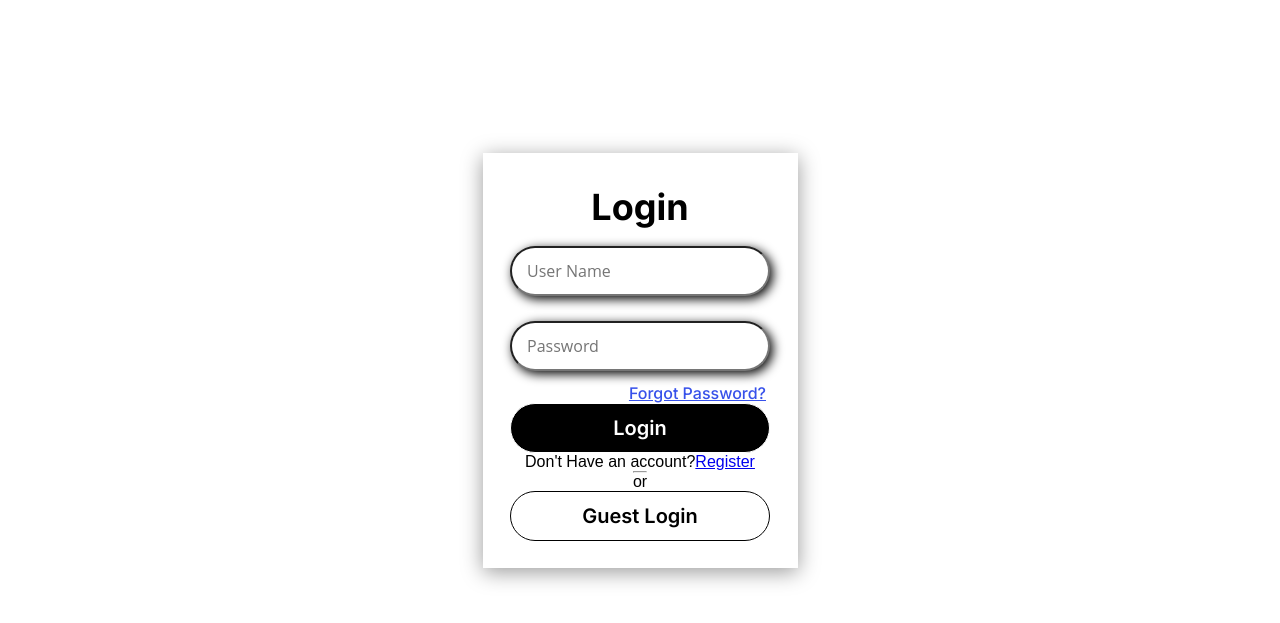
Repository: Cherced/virtualassistant
Page: /Login
These files come from the project's save history. The page is drawn as it stood at one moment and after the next save; the edit follows.
The browser window is 1280 px wide. The pictures show the whole page.
The project was rebuilt for these pictures with package versions that can differ from the ones it lists, and the page was loaded fresh each time. The framework's server and built-in components were replaced by stand-ins that run in the browser.

Above is the page before, as saved 2022-07-15 14:28:28.

### pages/_app.js
import '../sass/global.scss';


const MyApp = ({ Component, pageProps }) => {
    return <Component {...pageProps} />
  }


export default MyApp

### pages/_document.js
import { Html, Head, Main, NextScript } from 'next/document'

export default function Document() {

  return (
    <Html lang="en">
      <Head />
      <body>
        <Main />
        <div id="portal"></div>
        <NextScript />
      </body>
    </Html>
  )
}

### pages/Login.jsx
import React from 'react'
import { LoginForm } from '../components/molecules/login/LoginForm'

const Login = () => {
  return (
    <div className="login">
        <LoginForm/>
    </div>
  )
}

export default Login

### sass/global.scss
@import './vars';
@import './components';
@import './pages/draft';
@import './pages/welcome';
@import './pages/welcomeS';
@import './pages/login';

### components/molecules/login/LoginForm.jsx
import React from 'react'
import Link from 'next/link'
import { BasicInput } from '../../atoms/inputs/BasicInput'
import { BasicButton } from '../../atoms/buttons/BasicButton'

export const LoginForm = () => {
    const sendUserAuth = () => {
        console.log("SEEEENDEED")
    }
  return (
    <form className="loginForm" onSubmit={()=> sendUserAuth()}>
        <h1 className="loginForm__title--h1">Login</h1>
        <div className="loginForm__inputs--container">
        <BasicInput type="text" placeholder="User Name" id="user" name="user" />
        <BasicInput type="password" placeholder="Password" id="passWord" name="passWord" />
        </div>
        <Link href="#">
        <a className="loginForm__ancord">Forgot Password?</a>
        </Link>
        <BasicButton color="black" type="submit" title="Login"/>
        <label>Don't Have an account?
        <Link href="#">
          <a>Register</a>
        </Link>
          </label>
        <div>
          <hr/>
          <label>or</label>
        </div>
        <BasicButton color="white" type="submit" title="Guest Login"/>
    </form>
  )
}

### sass/_vars.scss
@import url('https://fonts.googleapis.com/css2?family=Inter:wght@100;200;300;500;600;700;800;900&family=Roboto:ital,wght@0,100;0,300;0,400;0,500;0,700;0,900;1,100;1,300;1,400;1,500;1,700;1,900&display=swap');
@import url('https://fonts.googleapis.com/css2?family=Roboto:ital,wght@0,100;0,300;0,400;0,500;0,700;0,900;1,100;1,300;1,400;1,500;1,700;1,900&family=Ubuntu:ital,wght@0,300;0,400;0,500;0,700;1,300;1,400;1,500;1,700&display=swap');

$mainColor: black;
$mainTextColor: white;
$mainFont: 'Inter';
$subTitle: 'Roboto';


*{
    box-sizing: border-box;
    margin: 0;
    padding: 0;
    font-family: Arial, Helvetica, sans-serif;
}

### sass/_components.scss
@import './components/headers/welcomeHeader';
@import './components/carrousels/carrousel';
@import './components/buttons/nextButton';
@import './components/buttons/basicButton';
@import './components/inputs/basicInput';

### sass/components/headers/_welcomeHeader.scss
.brand {
  width: 100%;
  min-height: 500px;
  display: flex;
  background: black;
  border-radius: 0 0 100px 100px;
  box-shadow: 6px 6px 20px 3px rgba(0, 0, 0, 0.2);
  justify-content: center;
  align-items: center;

  .brand__elipse--container {
    display: none;
  }

  .brand__img {
    z-index: 2;
    object-fit: cover;
  }
}

@media screen and (min-width: 1024px) {
  .brand {
    background-repeat: no-repeat;
    background-position: center;
    background-position-y: -200px;
    border-radius: none;
    background-image: url('../../../public/img/Ellipse.png');
    background: linear-gradient(180deg, #000000, #ffffff, #7d7777, #ececec, #7b7b7b, #000000, #545454, #e1e1e1, #e1e1e1);
    background-size: 1800% 1800%;

    -webkit-animation: AnimationName 27s ease infinite;
    -moz-animation: AnimationName 27s ease infinite;
    animation: AnimationName 27s ease infinite;


  .brand__elipse--container {
    display: block;
    position: absolute;
    top: -193px;
    z-index: 1;
  }
  }


@-webkit-keyframes AnimationName {
  0%{background-position:0% 68%}
  50%{background-position:100% 33%}
  100%{background-position:0% 68%}
}
@-moz-keyframes AnimationName {
  0%{background-position:0% 68%}
  50%{background-position:100% 33%}
  100%{background-position:0% 68%}
}
@keyframes AnimationName {
  0%{background-position:0% 68%}
  50%{background-position:100% 33%}
  100%{background-position:0% 68%}
}

}

### sass/components/carrousels/_carrousel.scss
.carrousel {
    max-width: 500px;
    height: auto;
    min-width: 300px;
    overflow: hidden;

    .slider {
        position: relative;
        display: flex;
        width: 200%;
        height: 100%;
    }

    .carrousel__list {
        list-style: none;
        display: flex;
        flex-direction: column;
        width: 100%;

        .carrousel__list--item {
            width: 100%;
            display: flex;
            flex-direction: row;
            align-items: center;
            justify-content: center;

            .carrousel__item--title {
                font-family: $subTitle;
                font-style: normal;
                font-weight: 500;
                font-size: 20px;
                line-height: 24px;
                text-align: center;
                letter-spacing: 0.04em;
                margin-bottom: 30px;
            }

            .carrousel__item--parragraph {
                font-style: normal;
                font-weight: 400;
                font-size: 15px;
                line-height: 18px;
                text-align: center;
                letter-spacing: 0.04em;
                font-family: $mainFont;
                color: #0F184D;
                padding: 0 30px;
                text-align: center;
            }
        }
    }
}

### sass/components/buttons/_nextButton.scss
.button__next {
    display: flex;
    width: auto;
    min-width: 100px;
    height: 50px;
    justify-content: space-around;
    align-items: center;
    background: black;
    color: white;
    border-radius: 100px;
    padding: 0 0 0 30px;
    box-shadow: 5px 5px 10px 0px black;
    cursor: pointer;
    font-family: $mainFont;
    font-size: 16px;


    .button__next--Arrow {
        width: 50px;
        height: 50px;
        display: flex;
        align-items: center;
        justify-content: center;
        background: $mainTextColor;
        border-radius: 100px;
        margin-left: 10px;

        .next__arrow--h1 {
            padding: 10px;
            color: $mainColor;
            font-family: $mainFont;
        }
    }

}

### sass/components/buttons/_basicButton.scss
.basic__button {
    width: 260px;
    height: 50px;
    border-radius: 30px;
}

.black {
    background: black;
    border: 1px solid white;
    font-family: $mainFont;
    font-style: normal;
    font-weight: 600;
    font-size: 20px;
    line-height: 30px;
    text-align: center;
    color: #FFFFFF;
}

.white{
    background: white;
    border: 1px solid black;
    font-family: $mainFont;
    font-style: normal;
    font-weight: 600;
    font-size: 20px;
    line-height: 30px;
    text-align: center;
    color: black;
}

### sass/components/inputs/_basicInput.scss
.basicInput {
    width: 260px;
    height: 50px;
    border-radius: 30px;
    padding-left: 15px;
    box-shadow: 3px 3px 11px 0px black;
    // letter style:
    font-family: 'Open Sans';
    font-style: normal;
    font-weight: 400;
    font-size: 16px;
    line-height: 22px;
    text-align: start;
    color: #848484;

}

### sass/pages/_draft.scss

.Draft{
    display: flex;
    align-self: center;
    width: 100%;
    justify-content: center;
    height: 100vh;
    flex-direction: column;
    align-items: center;
}

### sass/pages/_welcome.scss
.welcome {
    width: 100%;
    height: 100vh;
    display: flex;
    flex-direction: column;
    align-items: center;
    box-shadow: 7px 8px 20px 7px black;
    justify-items: center;
    justify-content: space-between;

    .main__Content--welcome {
        width: 100%;
        height: 100%;
        display: flex;
        justify-content: center;
        flex-direction: column;
        align-items: center;

        .main__Content--title {
            font-family: $mainFont;
            font-style: normal;
            font-weight: 600;
            font-size: 30px;
            line-height: 18px;
            text-align: center;
            letter-spacing: 0.04em;

            color: #0F184D;
            margin: 30px 0;
        }
    }

    .NavButtons {
        display: flex;
        width: 100%;
        align-items: center;
        justify-content: space-between;
        padding: 0 30px;
        margin: 20px 0;

        .NavButtons__ancord {
            text-decoration: none;
            font-style: normal;
            font-weight: 400;
            font-size: 15px;
            line-height: 18px;
            letter-spacing: 0.04em;
            font-family: $mainFont;
            color: #000000;
        }
    }
}

### sass/pages/_welcomeS.scss
.welcomeS {
    height: 100vh;
    background: linear-gradient(333.49deg, #000000 55.66%, rgba(217, 217, 217, 0) 92.17%);
    display: flex;
    flex-direction: column;
    align-items: center;
    justify-content: space-around;

    .welcomeS__header {
        width: 100%;
        height: 50%;
        display: flex;
        align-items: center;
        justify-content: center;

        .welcomeS__header--img {
            width: 350px;
            height: 450px;
            object-fit: cover;
            border-radius: 100px 0 100px 0;
        }
    }

    .welcomeS__main {
        width: 90%;
        color: white;
        display: flex;
        align-items: center;
        justify-content: center;

        .welcomeS__main--title {
            text-align: center;
            font-family: $mainFont;
            font-style: normal;
            font-weight: 400;
            font-size: 24px;
            line-height: 29px;
            letter-spacing: 0.07em;
        }
    }
}

### sass/pages/_login.scss
.login {
    width: 100%;
    height: 100vh;
    display: flex;
    align-items: center;
    justify-content: center;

    .loginForm {
        background: rgba(255, 255, 255, 0.77);
        box-shadow: 0px 4px 20px rgba(0, 0, 0, 0.4);
        width: 315px;
        height: 415px;
        display: flex;
        flex-direction: column;
        align-items: center;
        justify-content: center;

        .loginForm__title--h1 {
            font-style: normal;
            font-weight: 700;
            font-size: 36px;
            line-height: 54px;
            font-family: $mainFont;
            text-align: center;
            color: #000000;
        }

        .loginForm__inputs--container {
            display: flex;
            flex-direction: column;
            align-items: center;
            justify-content: space-around;
            height: 150px;
        }

        .loginForm__ancord {
            width:80%;
            font-family: $mainFont;
            font-style: normal;
            font-weight: 400;
            font-size: 16px;
            line-height: 19px;
            text-align: end;
            color: #3751EA;

        }


    }
}

### components/atoms/inputs/BasicInput.jsx
import React from 'react'

export const BasicInput = (props) => {
  return (
    <input className="basicInput" type={props.type} id={props.id} name={props.name} placeholder={props.placeholder}/>
  )
}

### components/atoms/buttons/BasicButton.jsx
import React from 'react'

export const BasicButton = (props) => {
  return (
    <button onSubmit={props.onSubmit} onClick={props.onClick} className={`basic__button ${props.color}`} type={props.type} aria-label={props.aria}>
      {props.title}
    </button>
  )
}

After the next save:
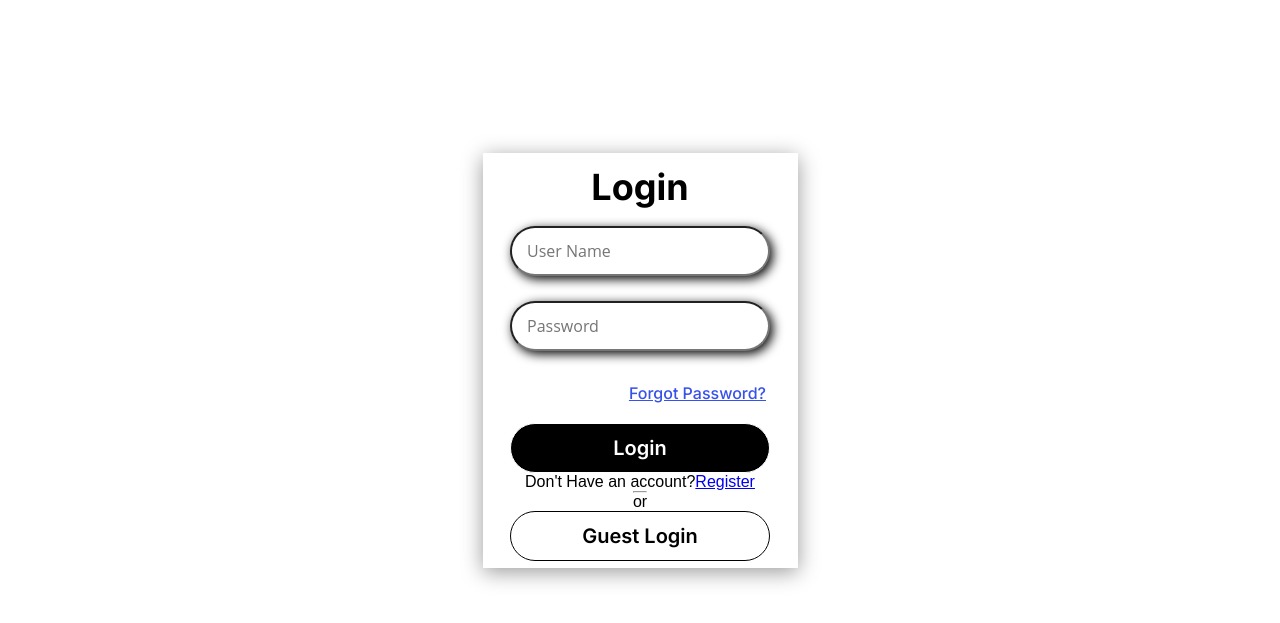
Saved 16 s later.
--- a/sass/pages/_login.scss
+++ b/sass/pages/_login.scss
@@ -34,7 +34,8 @@
         }
 
         .loginForm__ancord {
-            width:80%;
+            margin: 20px 0;
+            width: 80%;
             font-family: $mainFont;
             font-style: normal;
             font-weight: 400;
